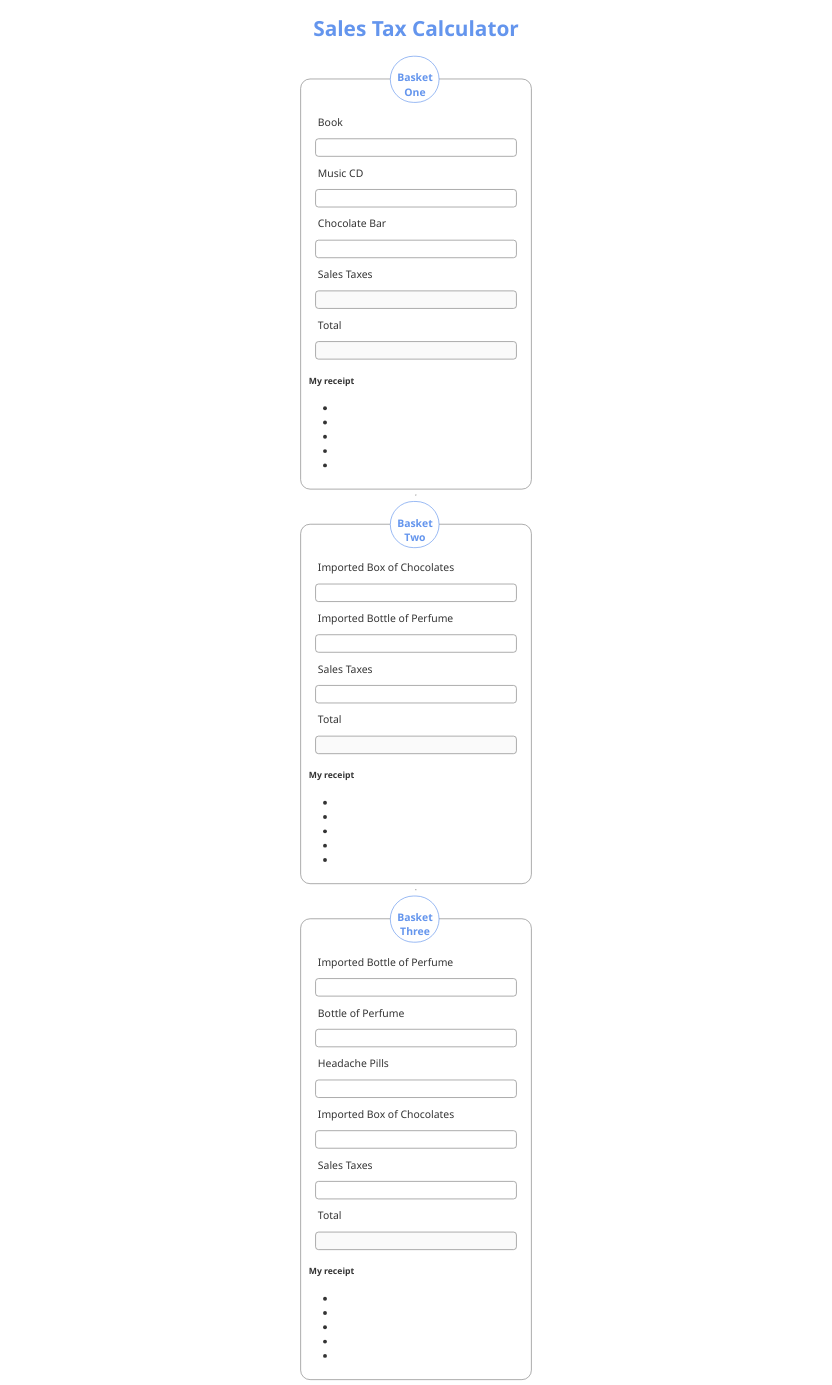
Repository: duzzisantos/sales-tax
Page: index.html
The author's editor kept a copy of each file at every save. The page is drawn from the files as they stood at one save, then again after the next save.
The browser window is 1280 px wide. The pictures show the whole page, at 65% of full size.

Above is the page before, as saved 2022-05-25 21:48:32.

### index.html
<!DOCTYPE html>
<html lang="en">

<head>
    <meta charset="UTF-8">
    <meta http-equiv="X-UA-Compatible" content="IE=edge">
    <meta name="viewport" content="width=device-width, initial-scale=1.0">
    <link href="style.css" rel="stylesheet">
    <title>Sales Tax Calculator</title>
</head>

<body>
    <h1>Sales Tax Calculator</h1>
    <section id="container">
        <fieldset>
            <legend>
                <h4>Basket One</h4>
            </legend>
            <label for="book">Book</label>
            <input id="book" type="number" name="book" onchange="basketOne()" />
            <label for="musicCD">Music CD</label>
            <input id="musicCD" type="number" name="musicCD" onchange="basketOne()" />
            <label for="chocolateBar">Chocolate Bar</label>
            <input id="chocolateBar" type="number" name="chocolateBar" onchange="basketOne()" />
            <label for="sales-taxes">Sales Taxes</label>
            <input id="sales-taxes" type="number" name="sales-taxes" onchange="basketOne()" disabled />
            <label for="total">Total</label>
            <input id="total" type="number" name="total" onchange="basketOne()" disabled />

            <h5>My receipt</h5>
            <ul class="listOne">
                <li></li>
                <li></li>
                <li></li>
                <li></li>
                <li></li>
            </ul>
        </fieldset>
        <hr>

        <fieldset>
            <legend>
                <h4>Basket Two</h4>
            </legend>
            <label for="imported-box-chocolate">Imported Box of Chocolates</label>
            <input id="imported-box-chocolate" type="number" name="imported-box-chocolate" onchange="basketTwo()" />
            <label for="imported-perfume">Imported Bottle of Perfume</label>
            <input id="imported-perfume" type="number" name="imported-perfume" onchange="basketTwo()" />

            <label for="sales-taxes2">Sales Taxes</label>
            <input id="sales-taxes2" type="number" name="sales-taxes2" onchange="basketTwo()" />
            <label for="total">Total</label>
            <input disabled id="total2" type="number" name="total2" onchange="basketTwo()" />

            <h5>My receipt</h5>
            <ul class="listOne">
                <li></li>
                <li></li>
                <li></li>
                <li></li>
                <li></li>
            </ul>
        </fieldset>
        <hr>

        <fieldset>
            <legend>
                <h4>Basket Three</h4>
            </legend>
            <label for="imported-perfume2">Imported Bottle of Perfume</label>
            <input id="imported-perfume2" type="number" name="imported-perfume2" onchange="basketThree()" />
            <label for="bottle-perfume">Bottle of Perfume</label>
            <input id="bottle-perfume" type="number" name="bottle-perfume" onchange="basketThree()" />
            <label for="pills">Headache Pills</label>
            <input id="pills" type="number" name="pills" onchange="basketThree()" />
            <label for="imported-box-chocolate2">Imported Box of Chocolates</label>
            <input id="imported-box-chocolate2" type="number" name="imported-box-chocolate2" onchange="basketThree()" />
            <label for=" sales-taxes3">Sales Taxes</label>
            <input id="sales-taxes3" type="number" name="sales-taxes3" onchange="basketThree()" />
            <label for="total3">Total</label>
            <input disabled id="total3" type="number" name="total3" onchange="basketThree()" />

            <h5>My receipt</h5>
            <ul class="listOne">
                <li></li>
                <li></li>
                <li></li>
                <li></li>
                <li></li>
            </ul>
        </fieldset>
    </section>
</body>
<script src="first.js"></script>
<script src="second.js"></script>
<script src="third.js"></script>
<script src="index.js"></script>

</html>

### style.css
*{
    color: rgb(0,0,0,0.8);
    font-family: 'Segoe UI', Tahoma, Geneva, Verdana, sans-serif;
}

#container{
    display: flex;
    flex-direction: column;
    align-items: center;
    justify-content: center;
    bottom: 0;
}

fieldset{
    height: fit-content;
    width: 20%;
    border: 1px solid grey;
    border-radius: 15px;
}

legend{
    height: 70px;
    width: 70px;
    border: 1px solid cornflowerblue;
    border-radius: 50px;
    margin-left: 38%;
}

legend h4, h1{
    text-align: center;
    color: cornflowerblue;
}
label, input{
    display: block;
    margin: 10px;
    padding: 4px;
}

input{
    width: 300px;
    border-radius: 5px;
    border: 1px solid grey;
}

### first.js
//Variables for tax rate
let taxFree = 0;
let basicTax = 10;
let importDuty = 5;

//imported basic taxable items attract an extra non-negotiable tax rate of 5%, therefore 10% + 5% = 15%
let basicPlusImportDuty = basicTax + importDuty;

//An app that computes the first basket of goods
const basketOne = () => {
  let book = document.getElementById("book").value;
  let musicCD = document.getElementById("musicCD").value;
  let chocolateBar = document.getElementById("chocolateBar").value;

  // The plus sign is used in front of every variable to indicate to JavaScript that they are numerical values
  // Without this, they would become concatenated strings

  //these are the sums of the items and their taxes
  let bookPlusTax = +taxFree * +book + +book;
  let musicCDPlusTax = (basicTax * +musicCD) / 100 + +musicCD;
  let chocolateBarPlusTax = +taxFree * +chocolateBar + +chocolateBar;

  //this computes the total price paid by the customer
  let netPayment = +bookPlusTax + +musicCDPlusTax + +chocolateBarPlusTax;
  document.getElementById("total").value = netPayment.toFixed(2);

  //this computes the total sales tax generated
  let totalTaxes =
    bookPlusTax -
    book +
    (musicCDPlusTax - musicCD) +
    (chocolateBarPlusTax - chocolateBar);

  //Math.ceil and toFixed method helps us round up to the nearest 0.05
  document.getElementById("sales-taxes").value = (
    Math.ceil(totalTaxes * 20) / 20
  ).toFixed(2);
};

### second.js
//Variables for tax rate
let basicTax2 = 10;
let importDuty2 = 5;

//imported basic taxable items attract an extra non-negotiable tax rate of 5%, therefore 10% + 5% = 15%
let basicPlusImportDuty2 = basicTax2 + importDuty2;

//An app that computes the second basket of goods
const basketTwo = () => {
  let importedChocolate = document.getElementById(
    "imported-box-chocolate"
  ).value;
  let importedPerfume2 = document.getElementById("imported-perfume").value;

  // The plus sign is used in front of every variable to indicate to JavaScript that they are numerical values
  // Without this, they would become concatenated strings

  //these are the sums of the imported items and their taxes
  let importedChocolatePlusTax =
    (importDuty2 * +importedChocolate) / 100 + +importedChocolate;
  let importedPerfume2PlusTax =
    (basicPlusImportDuty2 * +importedPerfume2) / 100 + +importedPerfume2;

  //Math.ceil and toFixed method helps us round up to the nearest 0.05
  //this computes the total price paid by the customer
  let netPayment = +importedChocolatePlusTax + +importedPerfume2PlusTax;
  document.getElementById("total2").value = (
    Math.ceil(netPayment * 20) / 20
  ).toFixed(2);

  //this computes the total sales tax generated
  let totalTaxes =
    (importDuty2 * +importedChocolate) / 100 +
    (basicPlusImportDuty2 * +importedPerfume2) / 100;
  document.getElementById("sales-taxes2").value = (
    Math.ceil(totalTaxes * 20) / 20
  ).toFixed(2);
};

### third.js
//Variables for tax rate
let taxFree3 = 0;
let basicTax3 = 10;
let importDuty3 = 5;
let basicPlusImportDuty3 = basicTax3 + importDuty3;


//App that computes the third basket of goods
const basketThree = () => {
    let importedPerfume2 = document.getElementById("imported-perfume2").value;
    let bottlePerfume = document.getElementById("bottle-perfume").value;
    let pills = document.getElementById("pills").value;
    let importedChocolate2 = document.getElementById("imported-box-chocolate2").value;


    //    // The plus sign is used in front of every variable to indicate to JavaScript that they are numerical values
     // Without this, they would become concatenated strings

    //these are the sums of the imported items and their taxes
    let importedPerfume2PlusTax = (basicPlusImportDuty3 * +importedPerfume2) / 100 + +importedPerfume2;
    let bottlePerfumePlusTax =
      (basicTax3 * +bottlePerfume) / 100 + +bottlePerfume;
    let pillsPlusTax = (taxFree3 * +pills) + +pills;
    let importedChocolate2PlusTax =
      (importDuty3 * +importedChocolate2) / 100 + +importedChocolate2;

    //Math.ceil and toFixed method helps us round up to the nearest 0.05
    //This computes the prices plus their taxes
    let netPayment =
      importedPerfume2PlusTax +
      bottlePerfumePlusTax +
      pillsPlusTax +
      importedChocolate2PlusTax;
    document.getElementById("total3").value = (Math.ceil(netPayment * 20) / 20).toFixed(2);

    //this computes the total taxes generated from selling basket three
    let totalTaxes =
      importedPerfume2PlusTax -
      importedPerfume2 +
      (bottlePerfumePlusTax - bottlePerfume) +
      (pillsPlusTax - pills) +
      (importedChocolate2PlusTax - importedChocolate2);

    document.getElementById("sales-taxes3").value = (
        Math.ceil(totalTaxes * 20) / 20
      ).toFixed(2);
  };

### index.js
//This is responsible for the DOM Manipulation
//This helps the user to display a simple receipt

After the next save:
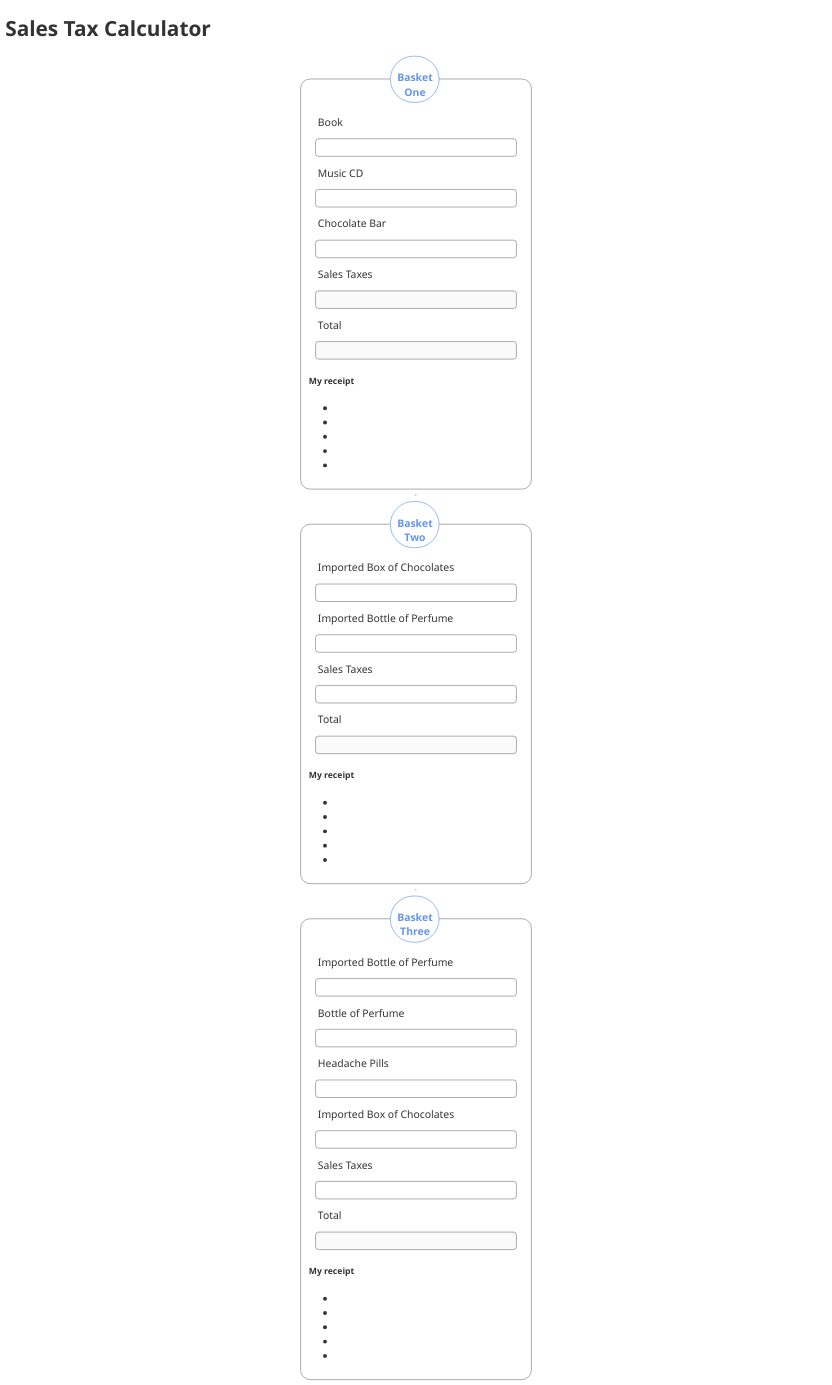
Saved 43 s later.
--- a/style.css
+++ b/style.css
@@ -26,7 +26,7 @@
     margin-left: 38%;
 }
 
-legend h4, h1{
+legend h4, legend h5 h1{
     text-align: center;
     color: cornflowerblue;
 }

After the save that followed:
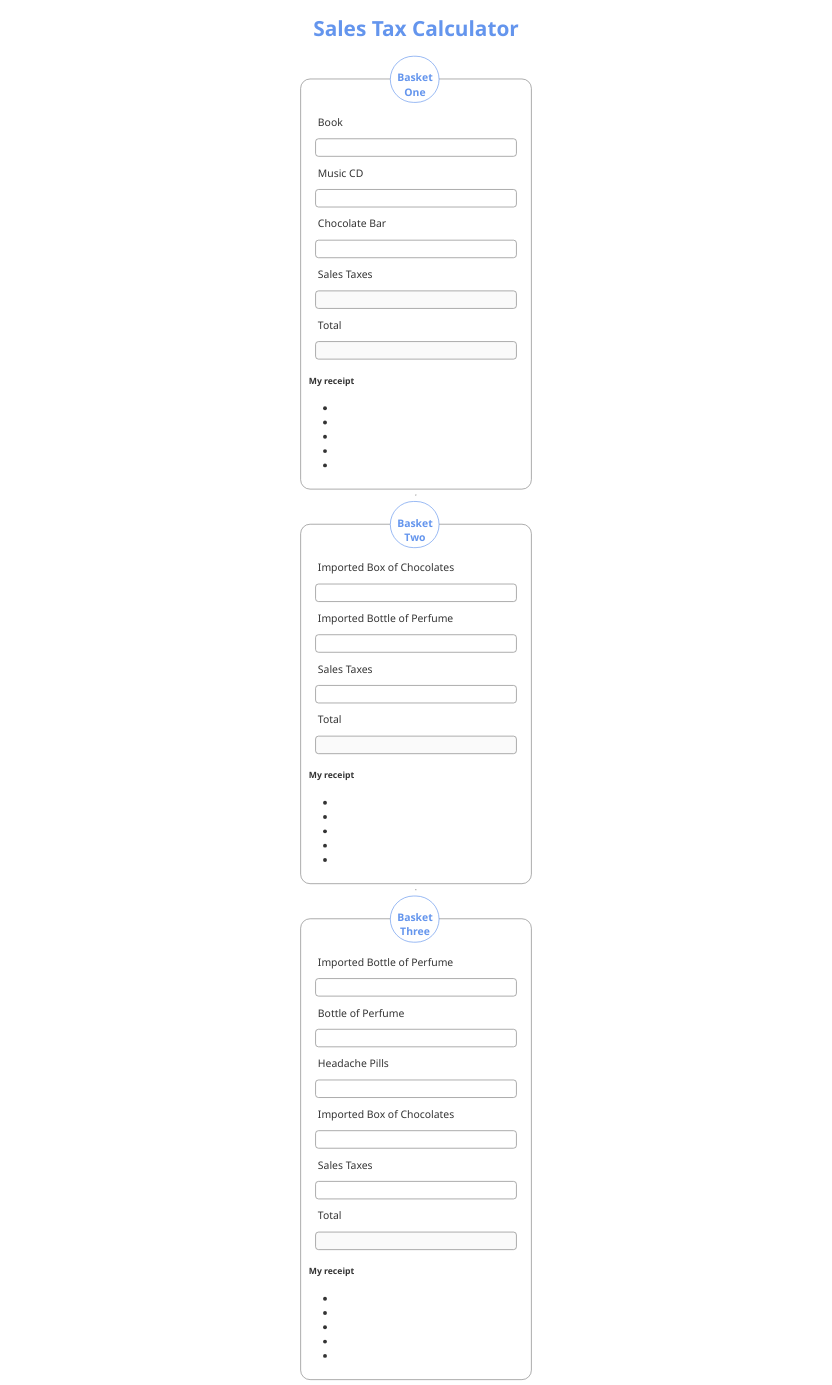
Saved 13 s later.
--- a/style.css
+++ b/style.css
@@ -26,7 +26,7 @@
     margin-left: 38%;
 }
 
-legend h4, legend h5 h1{
+legend h4, legend h5, h1{
     text-align: center;
     color: cornflowerblue;
 }
